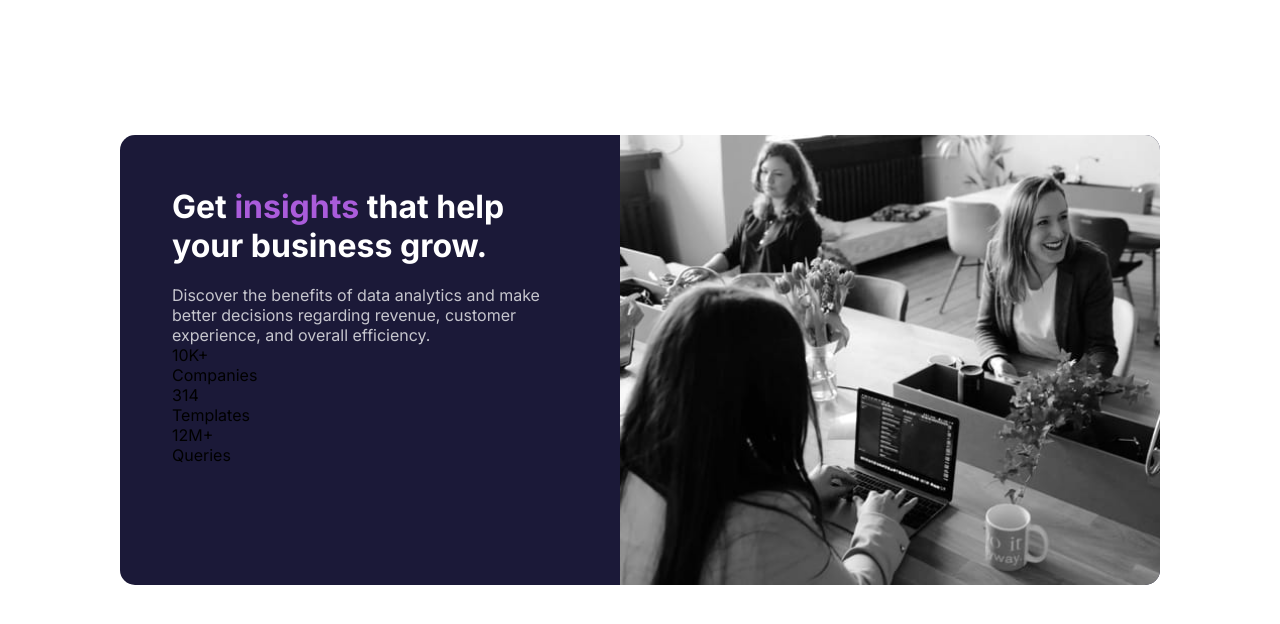
Repository: keisewarsame/stats-preview-frontendmentor
Page: index.html
These files come from the project's save history. The page is drawn as it stood at one moment and after a run of saves; the edit follows.
The browser window is 1280 px wide. The pictures show the whole page.

Above is the page before, as saved 2022-07-12 12:57:45.

After the next 2 saves:
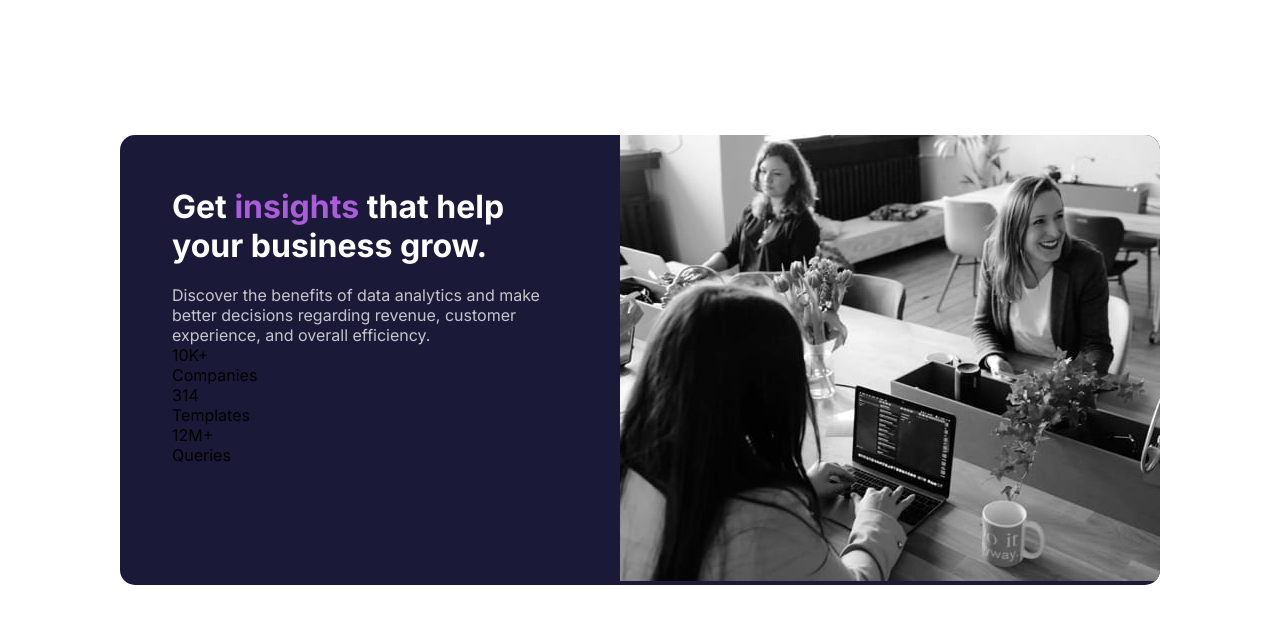
The 2 saves are shown as one change because they came seconds apart.
The last was saved 9 s later.
--- a/styles.css
+++ b/styles.css
@@ -41,7 +41,7 @@
     color: hsla(0, 0%, 100%, 0.75);
 }
 
-
+.stats
 
 
 

After the save that followed:
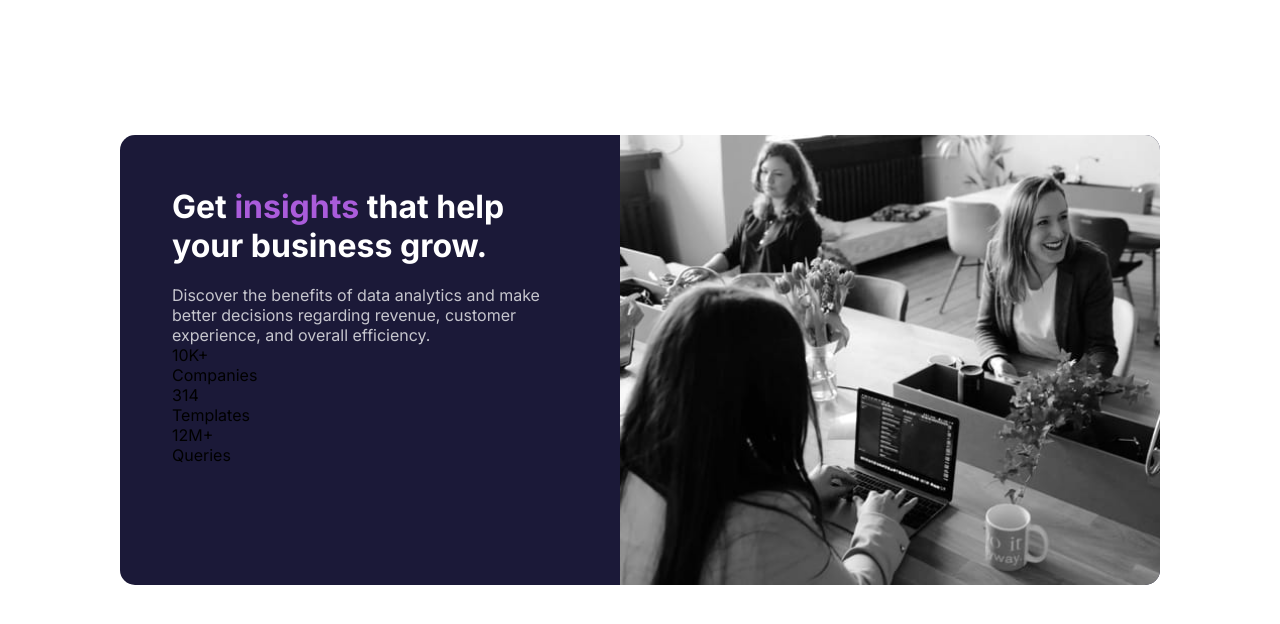
Saved 10 s later.
--- a/styles.css
+++ b/styles.css
@@ -41,7 +41,9 @@
     color: hsla(0, 0%, 100%, 0.75);
 }
 
-.stats
+.stats-component {
+
+}
 
 
 
